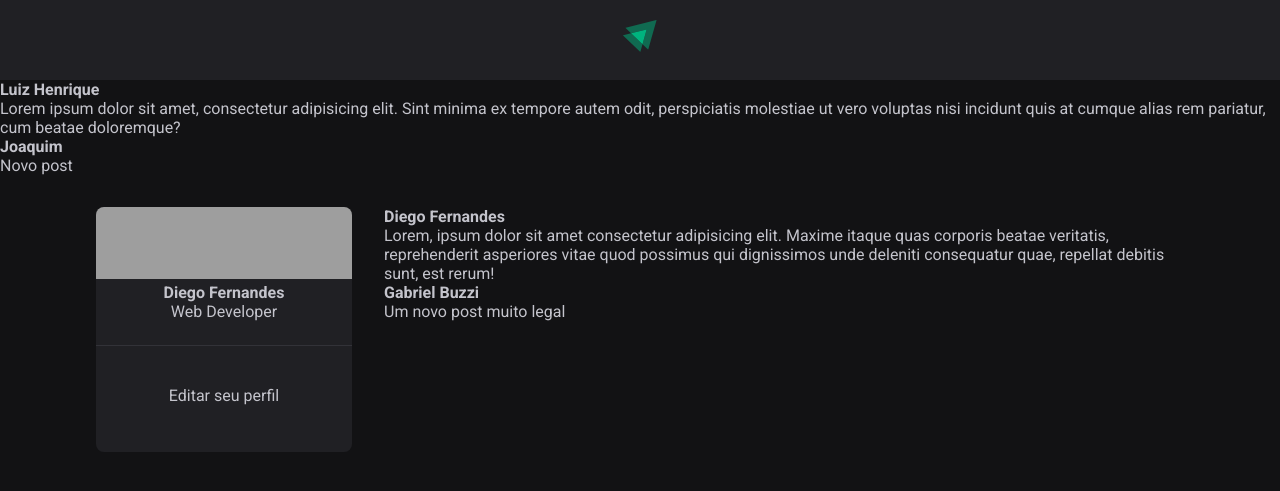
Repository: LuizHMAL/IGNITEFEED
Page: /
These files come from the project's save history. The page is drawn as it stood at one moment and after the next save; the edit follows.
The browser window is 1280 px wide. The pictures show the whole page.
Pictures or frames that could not be fetched are drawn as grey boxes. The project was rebuilt for these pictures with package versions that can differ from the ones it lists, and the page was loaded fresh each time. Also part of the build but not shown: vite.config.js.

Above is the page before, as saved 2023-09-26 21:22:50.

After the next save:
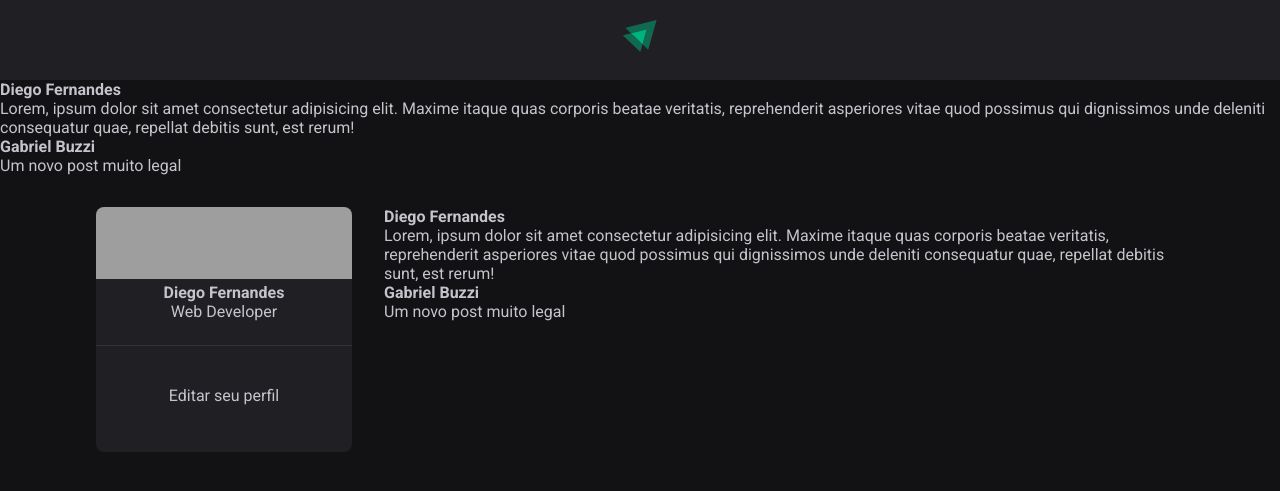
Saved 46 s later.
--- a/src/App.jsx
+++ b/src/App.jsx
@@ -1,7 +1,9 @@
-import { Post } from './Post';
 import { Header } from './components/Header';
+import { Post } from './Post'
+
+import styles from './App.module.css';
+
 import './global.css';
-import styles from './App.module.css';
 import { Sidebar } from './components/Sidebar';
 
 export function App() {
@@ -10,27 +12,26 @@ export function App() {
       <Header />
 
       <Post
-    author= "Luiz Henrique"
-    content="Lorem ipsum dolor sit amet, consectetur adipisicing elit. Sint minima ex tempore autem odit, perspiciatis molestiae ut vero voluptas nisi incidunt quis at cumque alias rem pariatur, cum beatae doloremque?"
-    />
-
-    <Post
-    author="Joaquim"
-    content="Novo post"
-    />
-    <div className={styles.wrapper}>
-      <Sidebar />
-      <main>
-        <Post
-          author="Diego Fernandes"
-          content="Lorem, ipsum dolor sit amet consectetur adipisicing elit. Maxime itaque quas corporis beatae veritatis, reprehenderit asperiores vitae quod possimus qui dignissimos unde deleniti consequatur quae, repellat debitis sunt, est rerum!"
-        />
-        <Post
-          author="Gabriel Buzzi"
-          content="Um novo post muito legal"
-        />
-      </main>
+        author="Diego Fernandes"
+        content="Lorem, ipsum dolor sit amet consectetur adipisicing elit. Maxime itaque quas corporis beatae veritatis, reprehenderit asperiores vitae quod possimus qui dignissimos unde deleniti consequatur quae, repellat debitis sunt, est rerum!"
+      />
+      <Post
+        author="Gabriel Buzzi"
+        content="Um novo post muito legal"
+      />
+      <div className={styles.wrapper}>
+        <Sidebar />
+        <main>
+          <Post
+            author="Diego Fernandes"
+            content="Lorem, ipsum dolor sit amet consectetur adipisicing elit. Maxime itaque quas corporis beatae veritatis, reprehenderit asperiores vitae quod possimus qui dignissimos unde deleniti consequatur quae, repellat debitis sunt, est rerum!"
+          />
+          <Post
+            author="Gabriel Buzzi"
+            content="Um novo post muito legal"
+          />
+        </main>
+      </div>
     </div>
-  </div>
-)
+  )
 }
